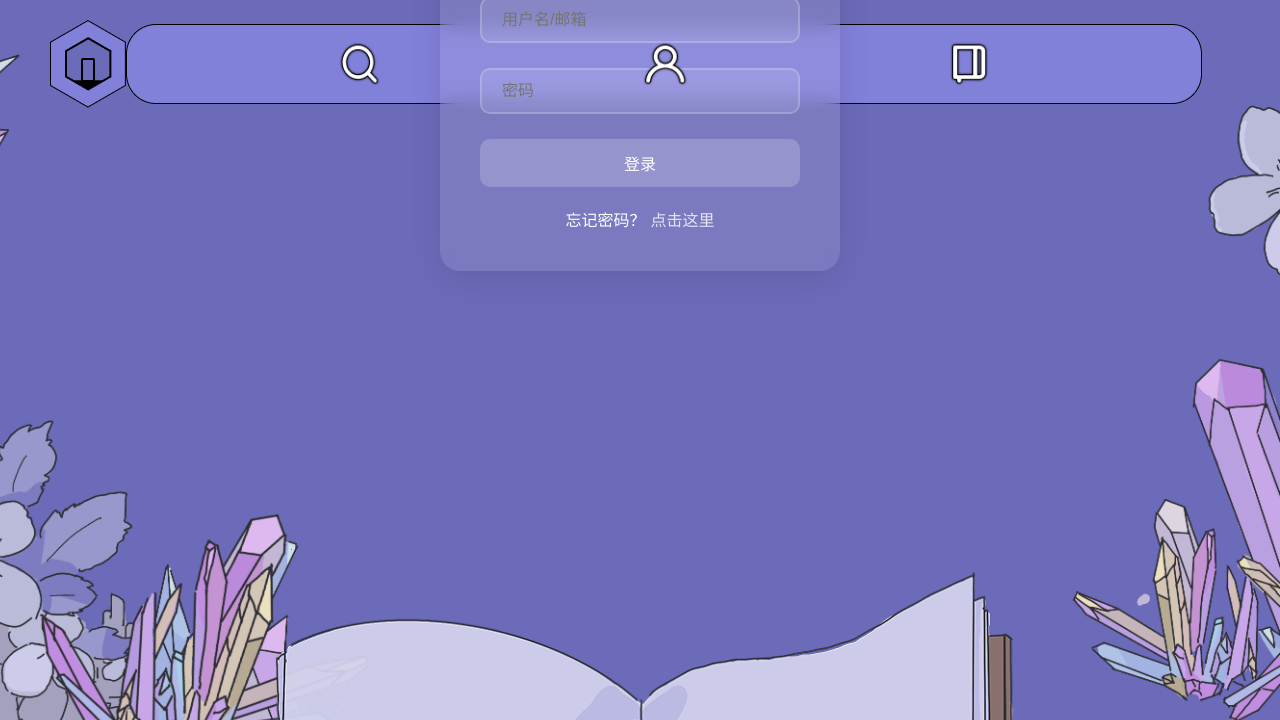
Repository: carolmmc/BabelLibrary
Page: find 登陆页.html
The author's editor kept a copy of each file at every save. The page is drawn from the files as they stood at one save, then again after the next save.
The browser window is 1280 px wide. The pictures show the whole page.

Above is the page before, as saved 2025-05-08 23:06:34.

### find 登陆页.html
<!DOCTYPE html>
<html lang="zh-CN">
<head>
    <meta charset="UTF-8">
    <meta name="viewport" content="width=device-width, initial-scale=1.0">
    <style>
        * {
            margin: 0;
            padding: 0;
            box-sizing: border-box;
        }

        body {
            background: #6C6BB9;
            min-height: 100vh;
            font-family: 'PingFang SC', 'Microsoft YaHei', sans-serif;
        }

        .header {
            display: flex;
            justify-content: space-between;
            align-items: center;
            padding: 20px 50px;
            position: fixed;
            top: 0;
            left: 0;
            right: 0;
            z-index: 100;
        }

        .logo {
            width: 75.892px;
            height: 87.633px;
            flex-shrink: 0;
            object-fit: contain; /* 保持图片比例 */
        }

        /* 导航栏容器 */
        .nav-container {
            position: relative;
            width: 1076px;
            height: 80px;
        }

        /* 导航图标容器 */
        .nav-icons {
            position: absolute;
            top: 50%;
            left: 50%;
            transform: translate(-50%, -50%);
            display: flex;
            justify-content: space-between; /* 改用 space-between 实现均匀分布 */
            width: 60%; /* 控制图标分布的整体宽度范围 */
            z-index: 2;
        }

        /* 导航图标通用样式 */
        .nav-icon {
            flex-shrink: 0;
            cursor: pointer;
            filter: drop-shadow(0px 0px 1px #000);
            transition: transform 0.3s ease; /* 将过渡效果移到这里 */
        }

        /* 搜索图标 */
        .find-icon {
            width: 37px;
            height: 39px;
        }

        /* 我的图标 */
        .mine-icon {
            width: 40px;
            height: 39px;
        }

        /* 书架图标 */
        .shelf-icon {
            width: 34px;
            height: 39px;
        }

        /* 图标悬停效果 */
        .nav-icon:hover {
            transform: scale(1.1);
        }

        .content-center {
            position: absolute;
            top: 40%; /* 调整整体位置偏上一些 */
            left: 50%;
            transform: translate(-50%, -50%);
            text-align: center;
            width: 100%;
            display: flex;
            justify-content: center;
            align-items: center;
            height: 100vh;
        }
        /* 底部装饰图样式 */
        .bottom-decoration {
            position: fixed;
            bottom: 0;
            left: 50%;
            transform: translateX(-50%);  /* 居中定位 */
            width: 1526px;  /* 使用原始宽度 */
            height: 859px;  /* 使用原始高度 */
            background: url('homepage frame1.png') bottom center no-repeat;
            background-size: contain;  /* 确保图片完整显示 */
            z-index: 1;
            animation: breath-animation 4s ease-in-out infinite;
        }

        /* 添加第二个装饰图样式 */
        .decoration-frame2 {
            position: fixed;
            bottom: 0;
            left: 50%;
            transform: translateX(-50%);
            width: 775px;
            height: 155px;
            flex-shrink: 0;
            aspect-ratio: 5/1;
            background: url('homepageframe2.png') center no-repeat;
            background-size: contain;
            z-index: 2; /* 确保显示在第一个装饰图之上 */
            animation: breath-animation 4s ease-in-out infinite;
        }

        /* 修改呼吸动画 */
        @keyframes breath-animation {
            0%, 100% {
                opacity: 0.9;
                transform: translateX(-50%) scale(1);  /* 保持居中的同时缩放 */
            }
            50% {
                opacity: 1;
                transform: translateX(-50%) scale(1.02);
            }
        }

        .login-container {
            position: relative;
            background: rgba(255, 255, 255, 0.1);
            backdrop-filter: blur(10px);
            padding: 40px;
            border-radius: 20px;
            box-shadow: 0 8px 32px rgba(0, 0, 0, 0.1);
            margin-top: 50px; /* 可以通过正负值调整上下位置 */
            width: 400px;
            z-index: 3;
        }

        .form-group {
            margin-bottom: 25px;
        }

        .form-input {
            width: 100%;
            padding: 12px 20px;
            background: rgba(255, 255, 255, 0.1);
            border: 2px solid rgba(255, 255, 255, 0.2);
            border-radius: 10px;
            color: white;
            font-size: 16px;
            transition: all 0.3s ease;
        }

        .form-input:focus {
            outline: none;
            border-color: rgba(255, 255, 255, 0.5);
            background: rgba(255, 255, 255, 0.15);
        }

        .form-button {
            width: 100%;
            padding: 12px;
            background: rgba(255, 255, 255, 0.2);
            border: none;
            border-radius: 10px;
            color: white;
            font-size: 16px;
            cursor: pointer;
            transition: all 0.3s ease;
        }

        .form-button:hover {
            background: rgba(255, 255, 255, 0.3);
            transform: translateY(-2px);
        }

        .form-switch {
            text-align: center;
            margin-top: 20px;
            color: white;
        }

        .form-switch a {
            color: rgba(255, 255, 255, 0.8);
            text-decoration: none;
            margin-left: 5px;
        }

        .form-switch a:hover {
            text-decoration: underline;
        }

        .tab-container {
            display: flex;
            justify-content: center;
            margin-bottom: 30px;
        }

        .tab-button {
            padding: 10px 30px;
            background: none;
            border: none;
            color: white;
            font-size: 16px;
            cursor: pointer;
            opacity: 0.6;
            transition: all 0.3s ease;
        }

        .tab-button.active {
            opacity: 1;
            border-bottom: 2px solid white;
        }
    </style>
</head>
<body>
    <header class="header">
        <img src="logo.png" alt="巴别插画 Logo" class="logo">
        <div class="nav-container">
            <img src="navigate background.png" alt="导航栏" class="nav-background">
            <div class="nav-icons">
                <img src="find.png" alt="搜索" class="nav-icon find-icon">
                <img src="mine.png" alt="我的" class="nav-icon mine-icon">
                <img src="shelf.png" alt="书架" class="nav-icon shelf-icon">
            </div>
        </div>
        <div style="width: 150px;"></div>
    </div>
    <div class="content-center">
        <div class="login-container">
            <div class="tab-container">
                <button class="tab-button active" onclick="switchTab('login')">登录</button>
                <button class="tab-button" onclick="switchTab('register')">注册</button>
            </div>

            <!-- 登录表单 -->
            <form id="loginForm" class="form">
                <div class="form-group">
                    <input type="text" class="form-input" placeholder="用户名/邮箱" required>
                </div>
                <div class="form-group">
                    <input type="password" class="form-input" placeholder="密码" required>
                </div>
                <button type="submit" class="form-button">登录</button>
                <div class="form-switch">
                    忘记密码？<a href="#">点击这里</a>
                </div>
            </form>

            <!-- 注册表单 -->
            <form id="registerForm" class="form" style="display: none;">
                <div class="form-group">
                    <input type="email" class="form-input" placeholder="邮箱" required>
                </div>
                <div class="form-group">
                    <input type="text" class="form-input" placeholder="用户名" required>
                </div>
                <div class="form-group">
                    <input type="password" class="form-input" placeholder="密码" required>
                </div>
                <div class="form-group">
                    <input type="password" class="form-input" placeholder="确认密码" required>
                </div>
                <button type="submit" class="form-button">注册</button>
            </form>
        </div>
    </div>
    <div class="bottom-decoration"></div>
    <div class="decoration-frame2"></div>
</body>
</html>

After the next save:
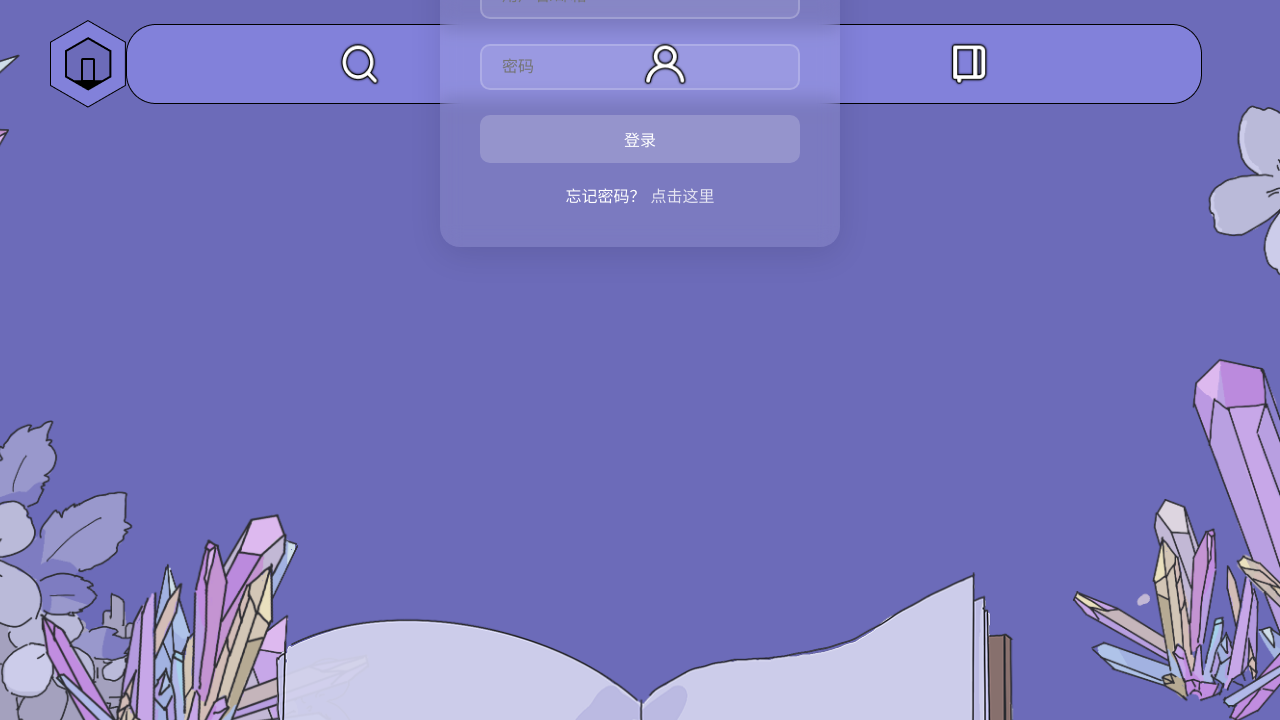
Saved 27 s later.
--- a/find 登陆页.html
+++ b/find 登陆页.html
@@ -146,7 +146,7 @@
             padding: 40px;
             border-radius: 20px;
             box-shadow: 0 8px 32px rgba(0, 0, 0, 0.1);
-            margin-top: 50px; /* 可以通过正负值调整上下位置 */
+            margin-top: 1px; /* 可以通过正负值调整上下位置 */
             width: 400px;
             z-index: 3;
         }
